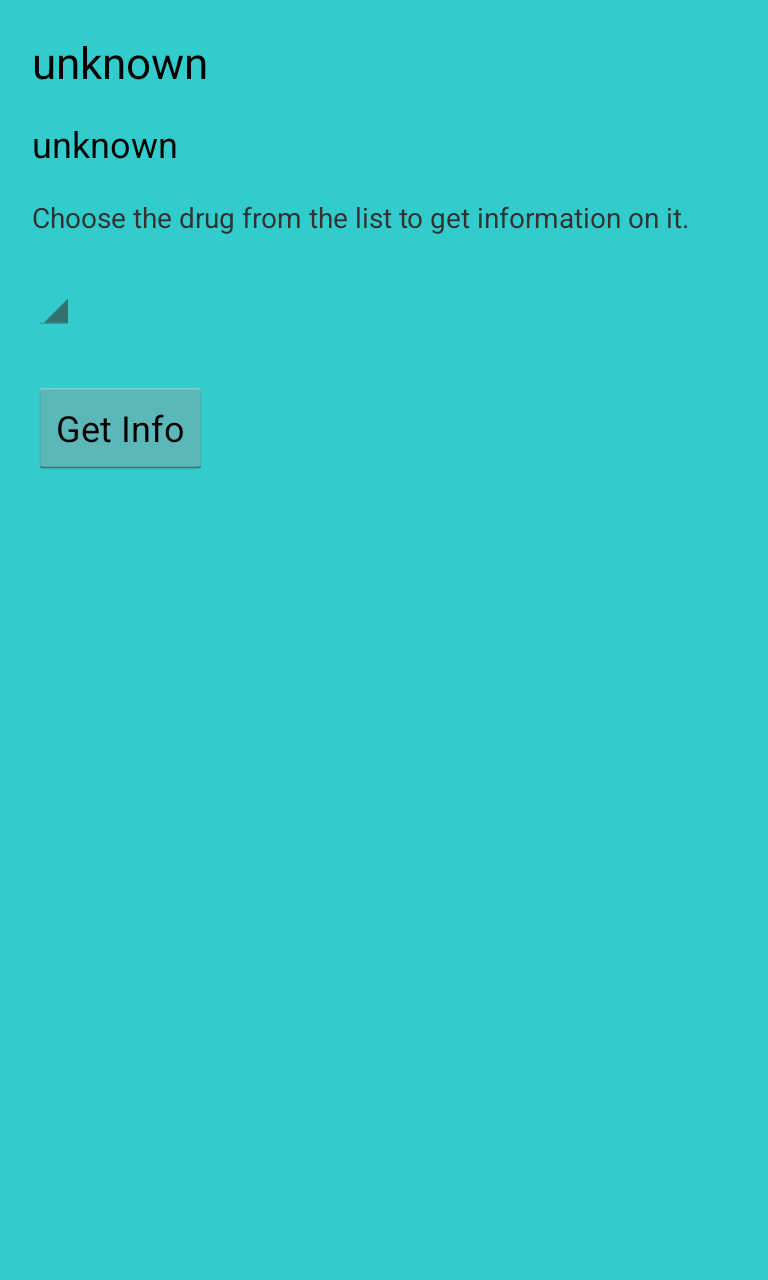
Repository: rosingrr/EECE-Andriod-APP-SympMeds
Layout: app/SympMeds/res/layout/activity_drug_list.xml
An editor plug-in stored every save of this project. The layout is shown before and after the next save, followed by the edit.
It is drawn on a 768 x 1280 px phone screen (xhdpi) without system bars, with theme AppTheme; the app's code is not run.

Above is the layout before, as saved 2013-07-18 14:01:18.

### app/SympMeds/res/layout/activity_drug_list.xml
<RelativeLayout xmlns:android="http://schemas.android.com/apk/res/android"
    xmlns:tools="http://schemas.android.com/tools"
    android:layout_width="match_parent"
    android:layout_height="match_parent"
    android:background="@color/color2"
    android:paddingBottom="@dimen/activity_vertical_margin"
    android:paddingLeft="@dimen/activity_horizontal_margin"
    android:paddingRight="@dimen/activity_horizontal_margin"
    android:paddingTop="@dimen/activity_vertical_margin"
    tools:context=".DrugList" >

    <Spinner
        android:id="@+id/spinner2"
        android:layout_width="wrap_content"
        android:layout_height="wrap_content"
        android:layout_alignLeft="@+id/textView1"
        android:layout_below="@+id/textView1"
        android:layout_marginTop="16dp"
        android:prompt="@string/drug_selector" />

    <Button
        android:id="@+id/button1"
        android:layout_width="wrap_content"
        android:layout_height="wrap_content"
        android:layout_alignLeft="@+id/spinner2"
        android:layout_below="@+id/spinner2"
        android:layout_marginTop="24dp"
        android:onClick="getInfo"
        android:text="@string/get_info" />

    <TextView
        android:id="@+id/symName_textView"
        android:layout_width="wrap_content"
        android:layout_height="wrap_content"
        android:layout_alignParentLeft="true"
        android:layout_alignParentTop="true"
        android:text="@string/unknown"
        android:textAppearance="?android:attr/textAppearanceLarge" />

    <TextView
        android:id="@+id/textView1"
        android:layout_width="wrap_content"
        android:layout_height="wrap_content"
        android:layout_alignLeft="@+id/symName_textView"
        android:layout_below="@+id/textView3"
        android:layout_marginTop="15dp"
        android:text="@string/instructions" />

    <TextView
        android:id="@+id/textView3"
        android:layout_width="wrap_content"
        android:layout_height="wrap_content"
        android:layout_alignLeft="@+id/textView1"
        android:layout_below="@+id/symName_textView"
        android:layout_marginTop="14dp"
        android:text="@string/unknown"
        android:textAppearance="?android:attr/textAppearanceMedium" />

</RelativeLayout>

### app/SympMeds/res/values/colors.xml
<?xml version="1.0" encoding="utf-8"?>
<resources>
    <color name="red">#ffff0000</color>
    <color name="green">#ff00ff00</color>
    <color name="blue">#ff0000ff</color>
    <color name="transparent_red">#ffff0000</color>
    <color name="steel_blue">#ff4682B4</color>
    <color name="crimson">#ffdc143c</color>
    <color name="sea_green">#ff2e8b57</color>
    <color name="aqua_marine">#ff7fffd4</color>
    <color name="white">#ffffffff</color>
    <color name="darker_aqua_marine">#ff3f7f6a</color>
    <color name="color1">#ff66cccc</color>
    <color name="color2">#ff33cccc</color>
    <color name="color3">#ff00cccc</color>
</resources>

### app/SympMeds/res/values/strings.xml
<?xml version="1.0" encoding="utf-8"?>
<resources>

    <string name="empty"></string>
    <string name="app_name">SympMeds</string>
    <string name="action_settings">Settings</string>
    <string name="description">This app allows you to search for medication by the symptom you are experiencing.\nThis app is not meant to replace a medical physician. It is only intended to help find non-prescribed medication. If symptom(s) persist/severe, it is suggested to go see a doctor.</string>
    <string name="med_name">enter name of medication</string>
    <string name="search">Search</string>
    <string name="symptom_selector">select the symptom</string>
    <string name="start">Start</string>

    <string-array name="symptom_list">
        <item>fevor</item>
        <item>headache</item>
        <item>coughing</item>
        <item>cold</item>
        <item>flu</item>
    </string-array>
    <string-array name="symptom_description">
        <item>An elevation of body temperature above the normal range of 97.7–99.5 °F (36.5–37.5 °C).</item>
        <item>Pain anywhere in the region of the head or neck.</item>
        <item>Sudden and often repetitively occurring reflex which helps to clear the large breathing passages from secretions, irritants, foreign particles and microbes.</item>
        <item>A viral infectious disease of the upper respiratory tract which affects primarily the nose. Symptoms include coughing, sore throat, runny nose, sneezing, and fever which usually resolve in seven to ten days, with some symptoms lasting up to three weeks.</item>
        <item>Caused by the influenza viruses. The most common symptoms are chills, fever, runny nose, sore throat, muscle pains, headache (often severe), coughing, weakness/fatigue and general discomfort.</item>
    </string-array>

    <string name="title_activity_drug_list">DrugList</string>
    <string name="instructions">Choose the drug from the list to get information on it.</string>
    <string name="get_info">Get Info</string>
    <string name="drug_selector">choose drug</string>

    <string-array name="drug_list">
        <item>demo drug</item>
    </string-array>
    <string-array name="fever_list">
        <item>Advil</item>
    </string-array>
    <string-array name="headache_list">
        <item>Tylenol</item>
    </string-array>
    <string-array name="coughing_list">
        <item>Vicks</item>
    </string-array>
    <string-array name="cold_list">
        <item>Robitussin</item>
    </string-array>
    <string-array name="flu_list">
        <item>Sudafed</item>
    </string-array>

    <string name="title_activity_drug_info">DrugInfo</string>
    <string name="drug_name">demo drug</string>
    <string name="treats">Symptoms it treats:</string>
    <string name="problems">Potential side-effects:</string>
    <string name="how_to">Directions of use:</string>
    <string name="unknown">unknown</string>
    <string name="title_activity_symptom_list">SympList</string>
    <string name="hello_world">Hello world!</string>

</resources>

Loaded but not shown: app/SympMeds/res/values/styles.xml (common file); app/SympMeds/res/values-v11/styles.xml (common file); app/SympMeds/res/values-v14/styles.xml (common file); app/SympMeds/res/values/dimens.xml (common file)

After the next save:
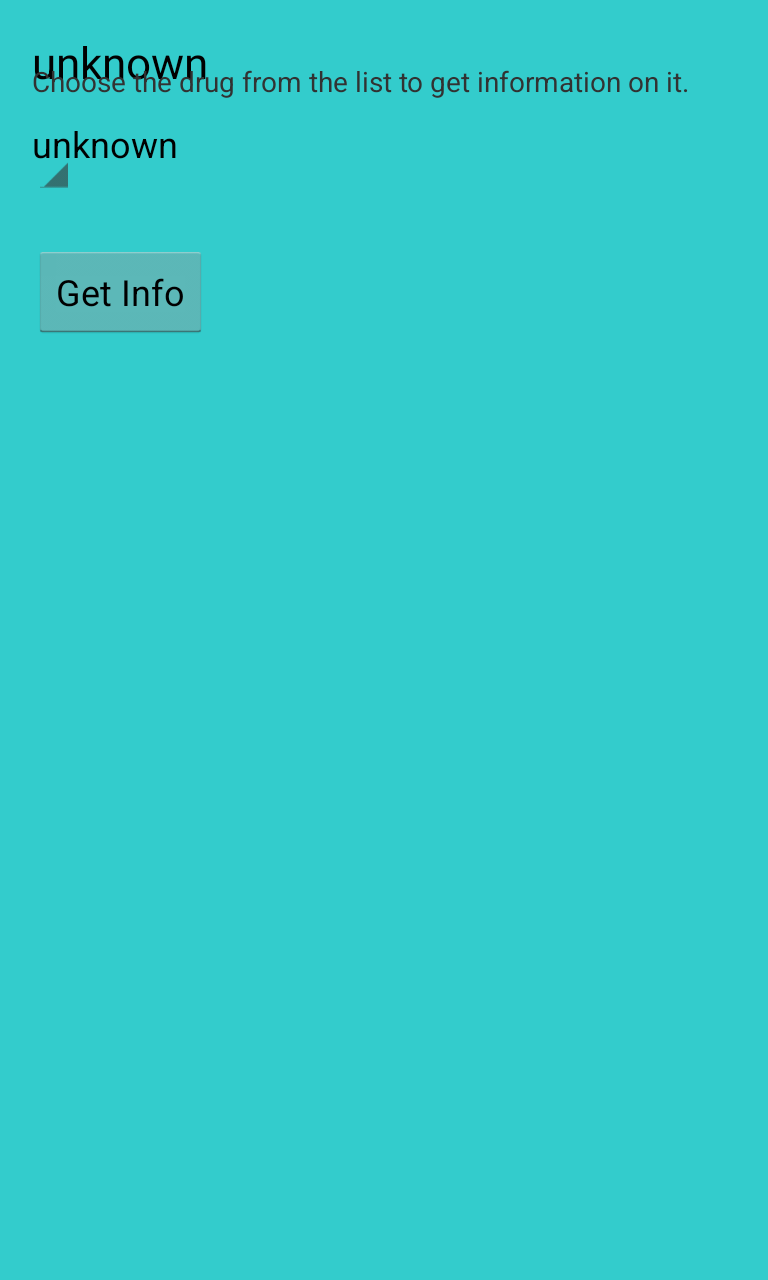
Saved 3 min 16 s later.
--- a/app/SympMeds/res/layout/activity_drug_list.xml
+++ b/app/SympMeds/res/layout/activity_drug_list.xml
@@ -47,7 +47,7 @@
         android:text="@string/instructions" />
 
     <TextView
-        android:id="@+id/textView3"
+        android:id="@+id/sympDesc_textView"
         android:layout_width="wrap_content"
         android:layout_height="wrap_content"
         android:layout_alignLeft="@+id/textView1"

After the save that followed:
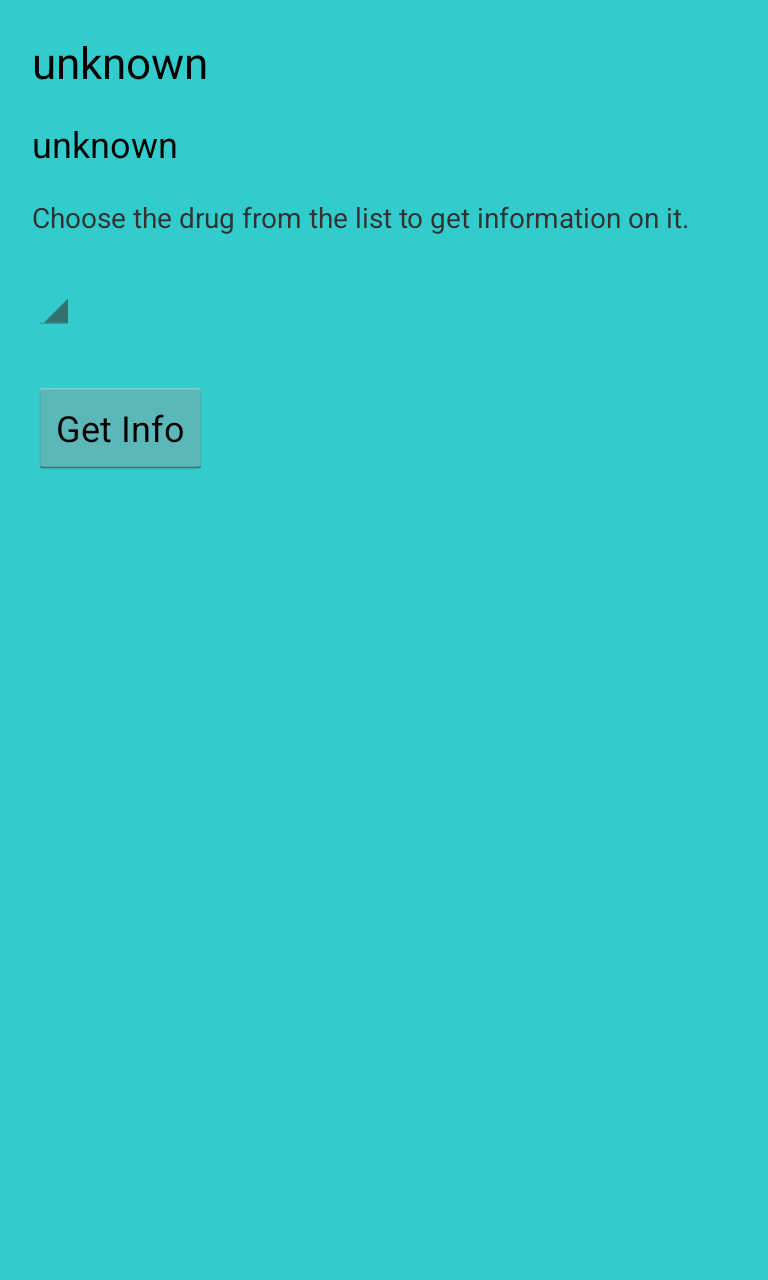
Saved 12 s later.
--- a/app/SympMeds/res/layout/activity_drug_list.xml
+++ b/app/SympMeds/res/layout/activity_drug_list.xml
@@ -42,7 +42,7 @@
         android:layout_width="wrap_content"
         android:layout_height="wrap_content"
         android:layout_alignLeft="@+id/symName_textView"
-        android:layout_below="@+id/textView3"
+        android:layout_below="@+id/sympDesc_textView"
         android:layout_marginTop="15dp"
         android:text="@string/instructions" />
 
